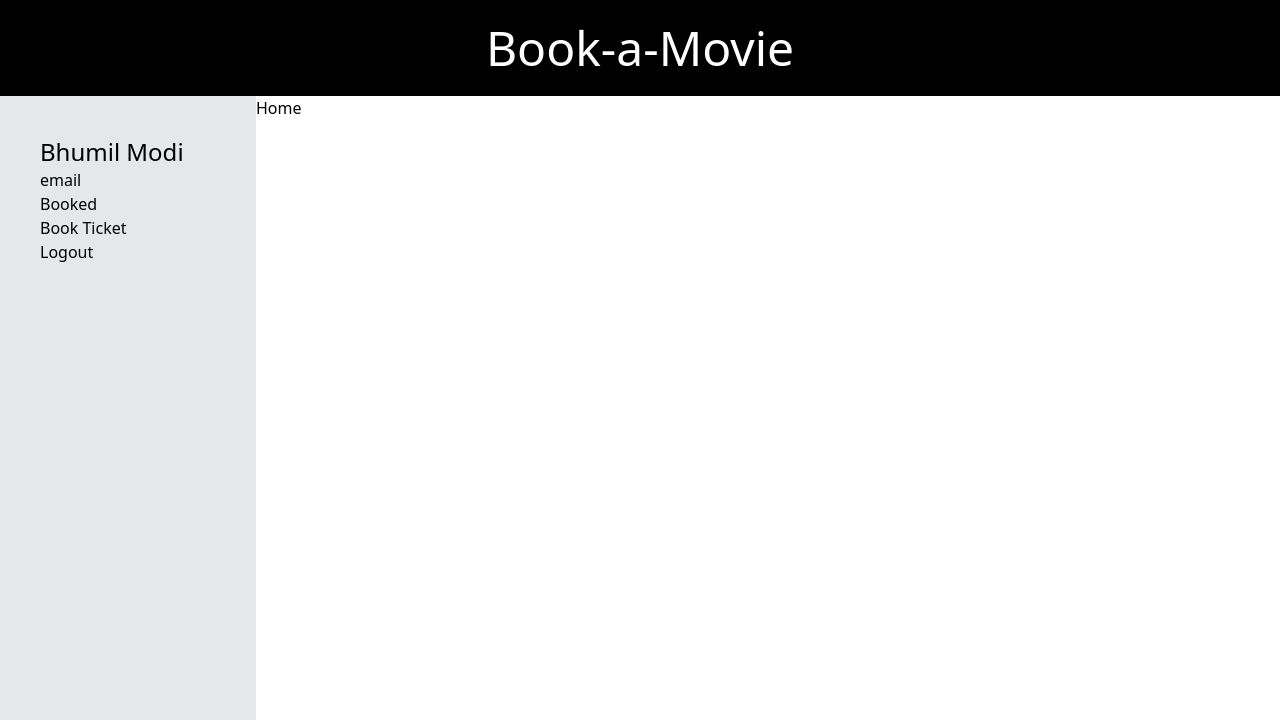
Repository: BhumilModi/movie-booking-app-assignment
Page: /Home
The author's editor kept a copy of each file at every save. The page is drawn from the files as they stood at one save, then again after the next save.
The browser window is 1280 px wide. The pictures show the whole page.
The project was rebuilt for these pictures with package versions that can differ from the ones it lists, and the page was loaded fresh each time. Also part of the build but not shown: src/App.css, src/components/Login.jsx, src/components/SignUp.jsx.

Above is the page before, as saved 2022-11-29 19:13:51.

After the next save:
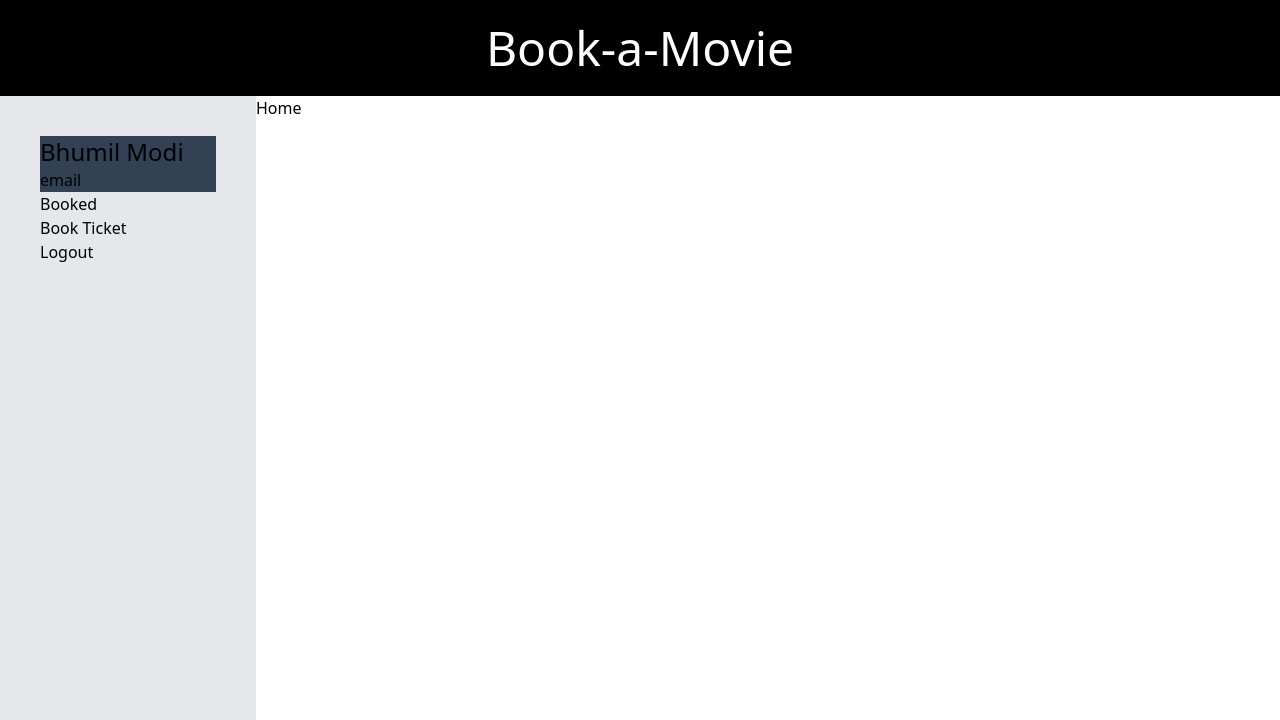
Saved 14 s later.
--- a/src/components/Sidebar.jsx
+++ b/src/components/Sidebar.jsx
@@ -3,7 +3,7 @@ import React from "react";
 function Sidebar() {
   return (
     <div className="w-1/5 h-full bg-gray-200 p-10">
-      <div className="w-full">
+      <div className="w-full bg-slate-700">
         <div className="text-2xl px-auto">Bhumil Modi</div>
         <div>email</div>
       </div>
